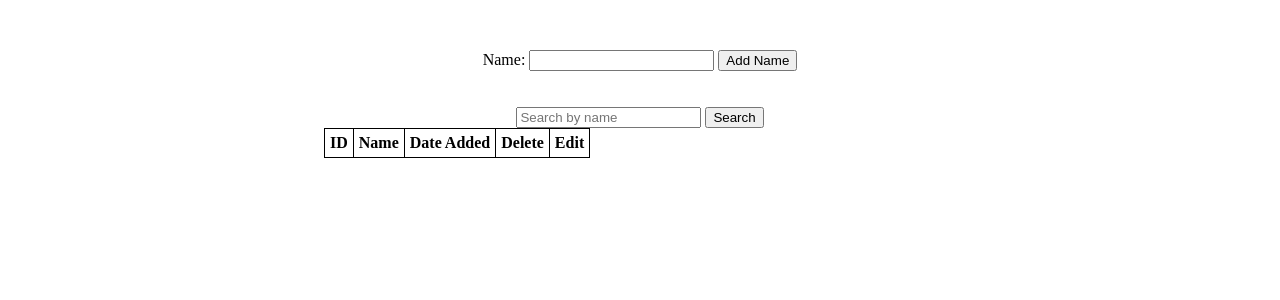
Repository: Theracon/Simple-mysql-node-app
Page: client/index.html
An editor plug-in stored every save of this project. The page is shown before and after the next save, followed by the edit.
The browser window is 1280 px wide. The pictures show the whole page.

Above is the page before, as saved 2021-06-04 09:15:33.

After the next save:
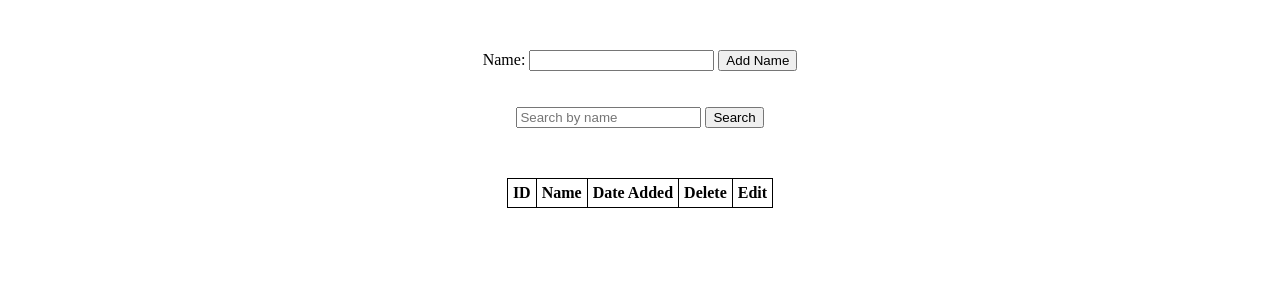
Saved 26 s later.
--- a/client/stylesheet.css
+++ b/client/stylesheet.css
@@ -2,6 +2,10 @@ main {
     width: 50%;
     margin: 50px auto;
     text-align: center;
+}
+
+table {
+    margin: 50px auto;
 }
 
 table,
